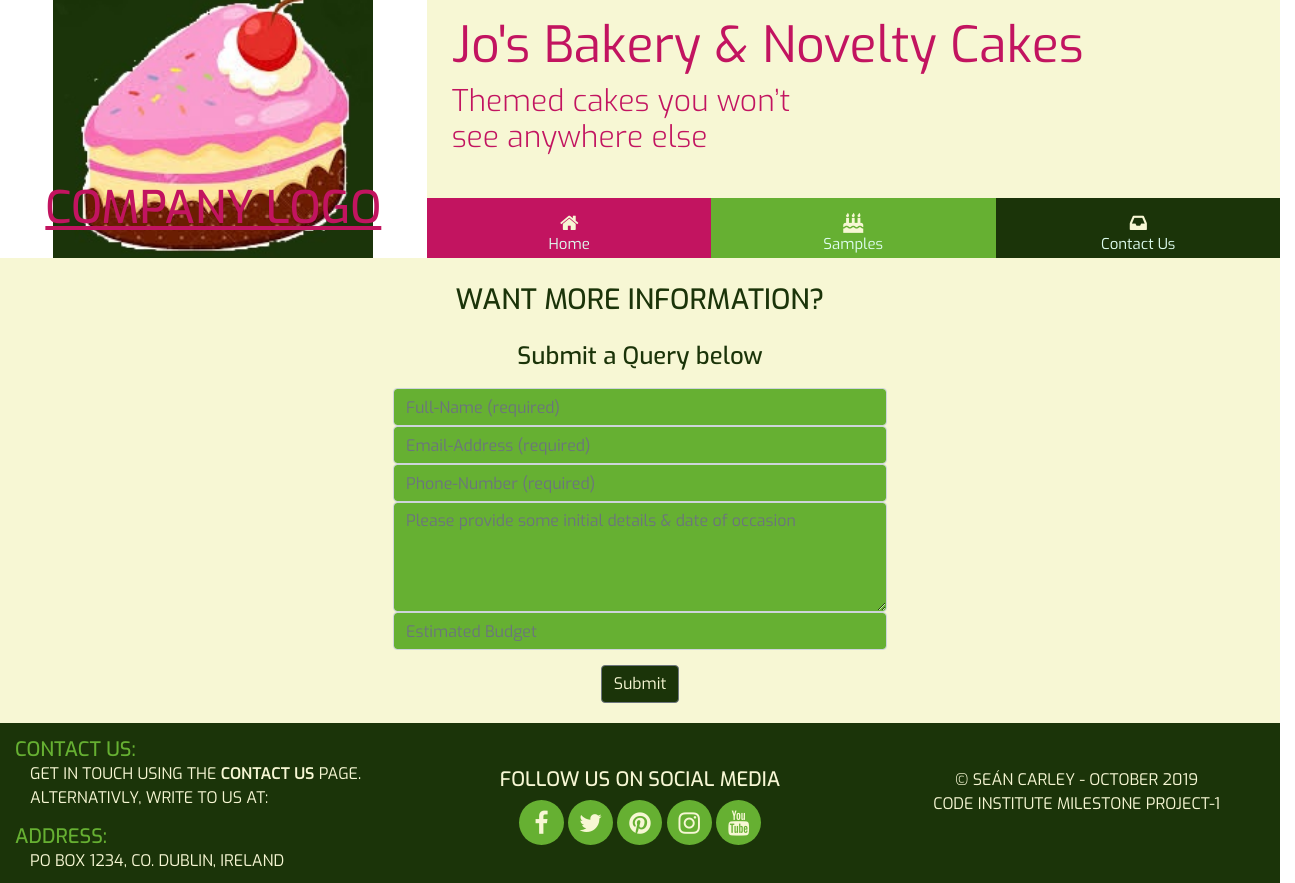
Repository: seanjcarley/Milestone1
Page: contact.html
The author's editor kept a record of every edit. The page is drawn from the files as they stood at one moment, then again after the next edit.
The browser window is 1280 px wide. The page is 1295 px wide, so the pictures cover 1295 px, including what lies to the right of the window. The pictures show the whole page.

Above is the page before.

After the next edit:
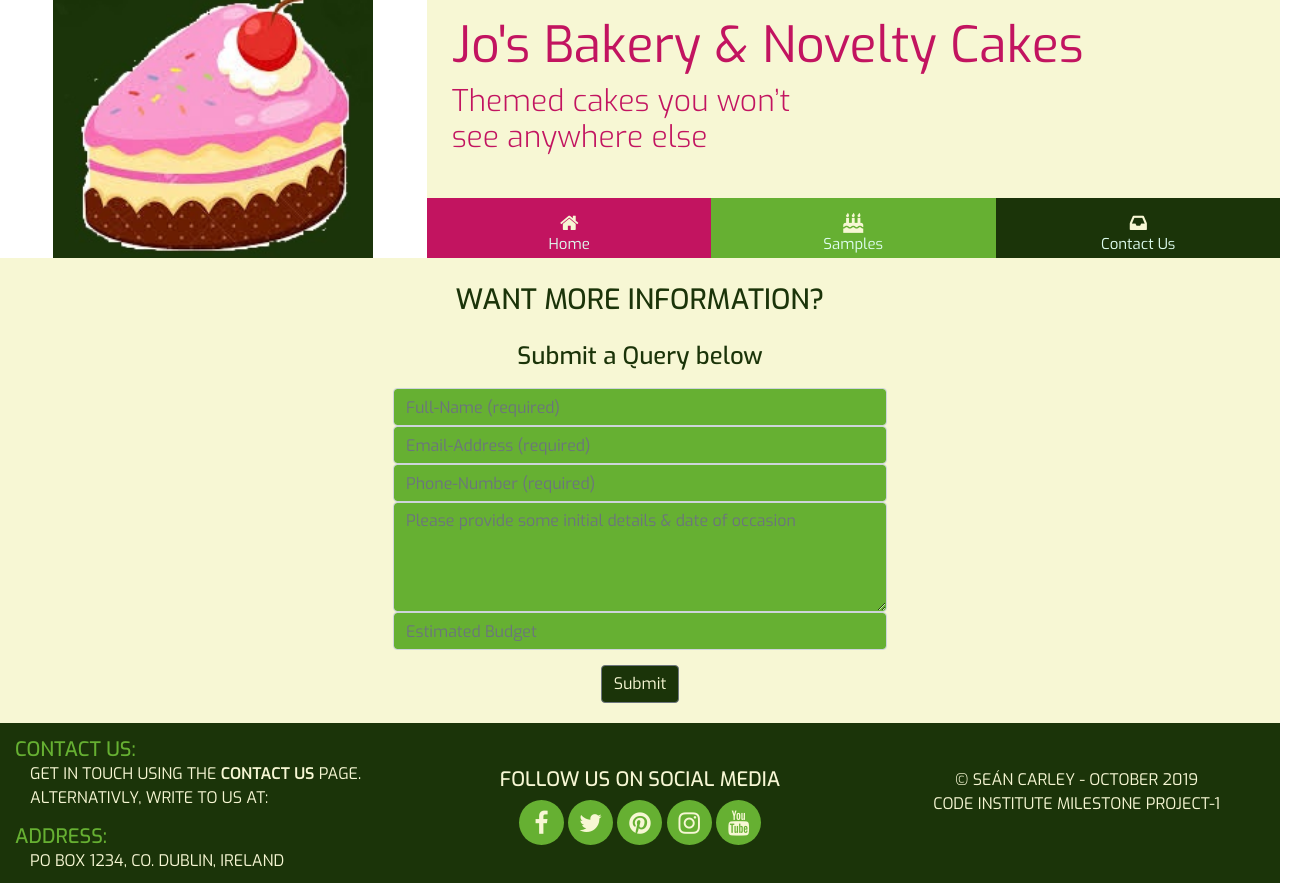
The edit:
--- a/contact.html
+++ b/contact.html
@@ -15,7 +15,7 @@
 <body>
     <header>
         <div class="row no-gutters">
-            <a href="#" class="col-md-4 logo">COMPANY LOGO</a>
+            <a href="#" class="col-md-4 logo"><!--Jo's Bakery--></a>
             <div class="col-md-8 cake-image">
                 <div class="row no-gutters">
                     <div class="col page-header">
